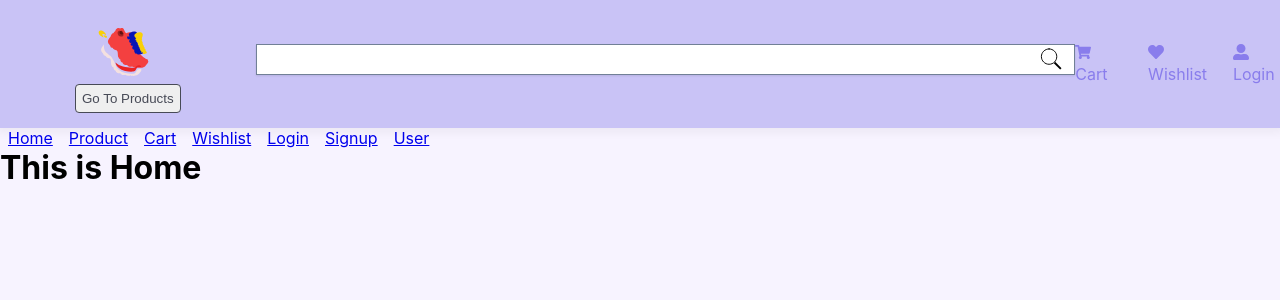
Repository: Irfan-vit/shoecase
Page: /
These files come from the project's save history. The page is drawn as it stood at one moment and after the next save; the edit follows.
The browser window is 1280 px wide. The pictures show the whole page.
The page's requests for data from a server got no answer. The project was rebuilt for these pictures with package versions that can differ from the ones it lists, and the page was loaded fresh each time. No one was signed in, and anything a server would have sent is missing. Also part of the build but not shown: src/pages/Product/ProductPage.jsx, src/pages/cart/CartPage.jsx, src/pages/wishlist/WishlistPage.jsx, src/pages/login/LoginPage.jsx, src/pages/signup/SignupPage.jsx, src/pages/user/StyledUser.jsx, src/components/forms/addAddress/AddAddress.jsx, src/components/forms/editAddress/EditAddress.jsx and 4 more.

Above is the page before, as saved 2023-05-22 04:42:37.

After the next save:
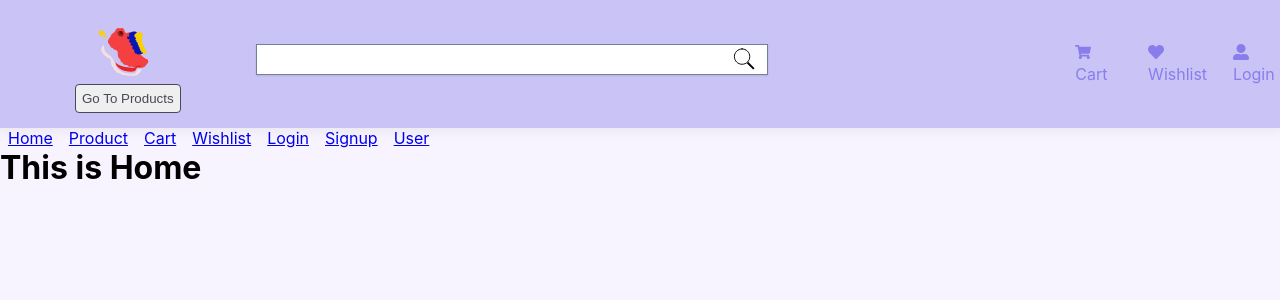
Saved 16 s later.
--- a/src/styles/NavBarStyles.jsx
+++ b/src/styles/NavBarStyles.jsx
@@ -51,7 +51,7 @@ const StyledNav = styled.nav`
       justify-content: space-between;
       flex-basis: 80%;
       > :nth-child(1) {
-        flex-basis: 80%;
+        flex-basis: 50%;
       }
       > :nth-child(2) {
         flex-basis: 20%;
